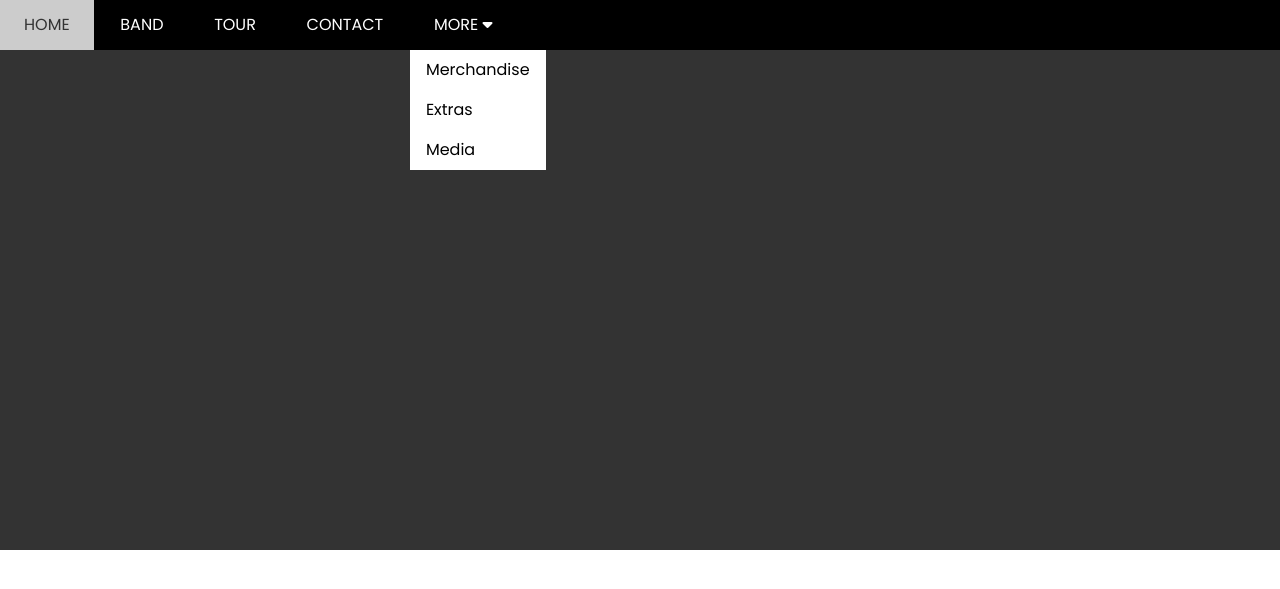
Repository: dptuyen1/the-band
Page: index.html
The author's editor kept a copy of each file at every save. The page is drawn from the files as they stood at one save, then again after the next save.
The browser window is 1280 px wide. The pictures show the whole page.

Above is the page before, as saved 2023-06-02 12:30:57.

### index.html
<!DOCTYPE html>
<html lang="en">
  <head>
    <meta charset="UTF-8" />
    <meta http-equiv="X-UA-Compatible" content="IE=edge" />
    <meta name="viewport" content="width=device-width, initial-scale=1.0" />
    <title>Document</title>
    <link rel="stylesheet" href="./assets/css/style.css" />
    <link
      rel="stylesheet"
      href="https://cdnjs.cloudflare.com/ajax/libs/font-awesome/6.4.0/css/all.min.css"
      integrity="sha512-iecdLmaskl7CVkqkXNQ/ZH/XLlvWZOJyj7Yy7tcenmpD1ypASozpmT/E0iPtmFIB46ZmdtAc9eNBvH0H/ZpiBw=="
      crossorigin="anonymous"
      referrerpolicy="no-referrer"
    />
  </head>
  <body>
    <div id="wrapper">
      <header id="header">
        <ul id="nav">
          <li><a href="#">HOME</a></li>
          <li><a href="#">BAND</a></li>
          <li><a href="#">TOUR</a></li>
          <li><a href="#">CONTACT</a></li>
          <li>
            <a href="#">
              MORE
              <i class="fa-solid fa-caret-down"></i>
            </a>
            <ul class="sub-nav">
              <li><a href="#">Merchandise</a></li>
              <li><a href="#">Extras</a></li>
              <li><a href="#">Media</a></li>
            </ul>
          </li>
        </ul>
      </header>
      <div id="slider"></div>
      <main id="content"></main>
      <footer id="footer"></footer>
    </div>
  </body>
  <script src="./assets/js/script.js"></script>
</html>

### assets/css/style.css
@import url("https://fonts.googleapis.com/css2?family=Poppins:wght@300;400;500;600;700&display=swap");

* {
  padding: 0;
  margin: 0;
  box-sizing: border-box;
}

html {
  font-size: 62.5%;
  font-family: "Poppins", sans-serif;
  scroll-behavior: smooth;
}

:root {
  --white: #fff;
  --black: #000;
  --text: #333;
}

#wrapper {
}
#header {
  height: 50px;
  background-color: var(--black);
}
#nav,
.sub-nav {
  list-style: none;
}
#nav li {
  display: inline-block;
  position: relative;
}

#nav li a {
  font-size: 1.6rem;
  text-decoration: none;
  line-height: 50px;
  padding: 0 24px;
  display: inline-block;
}

#nav > li > a {
  color: var(--white);
}

#nav li:hover > a {
  background-color: #ccc;
  color: var(--text);
}

#nav .sub-nav {
  /* display: none; */
  position: absolute;
  background-color: var(--white);
}

#nav .sub-nav a {
  color: var(--black);
  padding: 0 16px;
  line-height: 40px;
}

#slider {
  min-height: 500px;
  background-color: var(--text);
}
#content {
}
#footer {
}

Loaded but not shown: assets/js/script.js (no copy from this time; the picture is the same without it)

After the next save:
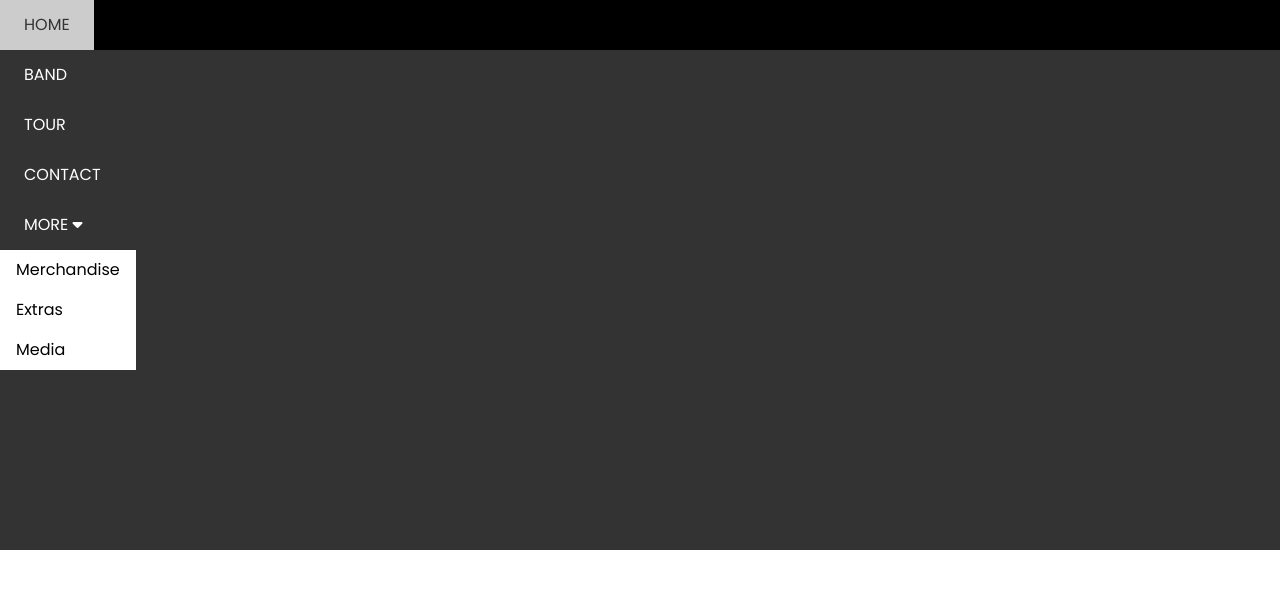
Saved 31 s later.
--- a/assets/css/style.css
+++ b/assets/css/style.css
@@ -29,7 +29,7 @@
   list-style: none;
 }
 #nav li {
-  display: inline-block;
+  display: block
   position: relative;
 }
 

After the 2 saves that followed:
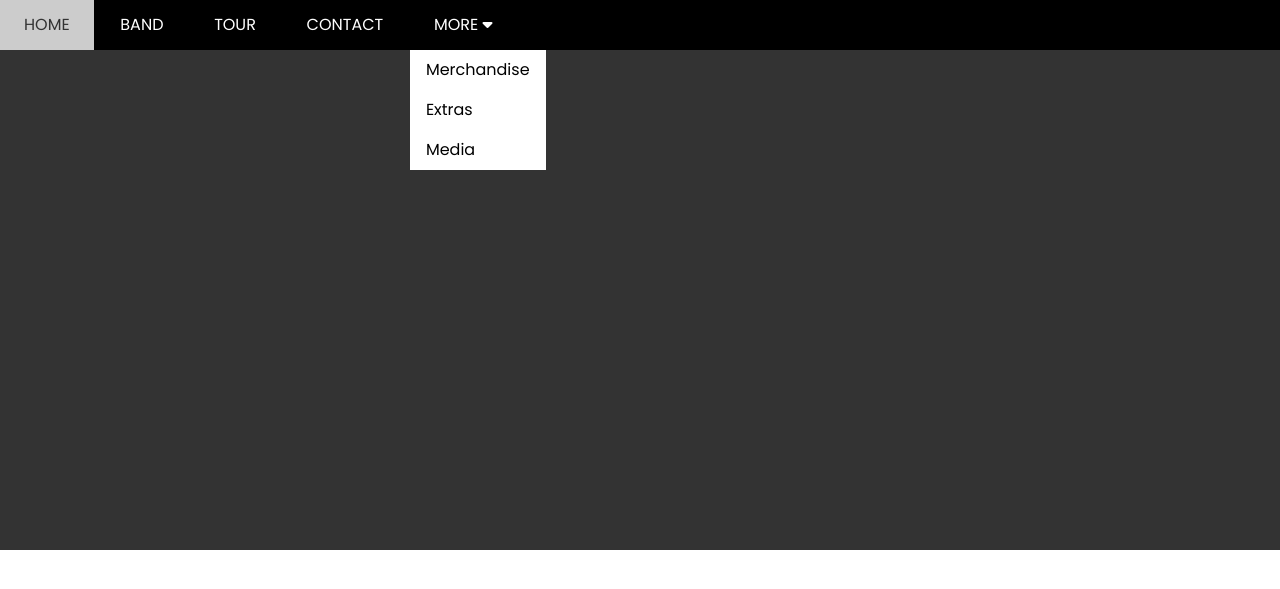
The 2 saves are shown as one change because they came seconds apart.
The last was saved 7 s later.
--- a/assets/css/style.css
+++ b/assets/css/style.css
@@ -29,7 +29,7 @@
   list-style: none;
 }
 #nav li {
-  display: block
+  display: inline-block;
   position: relative;
 }
 
